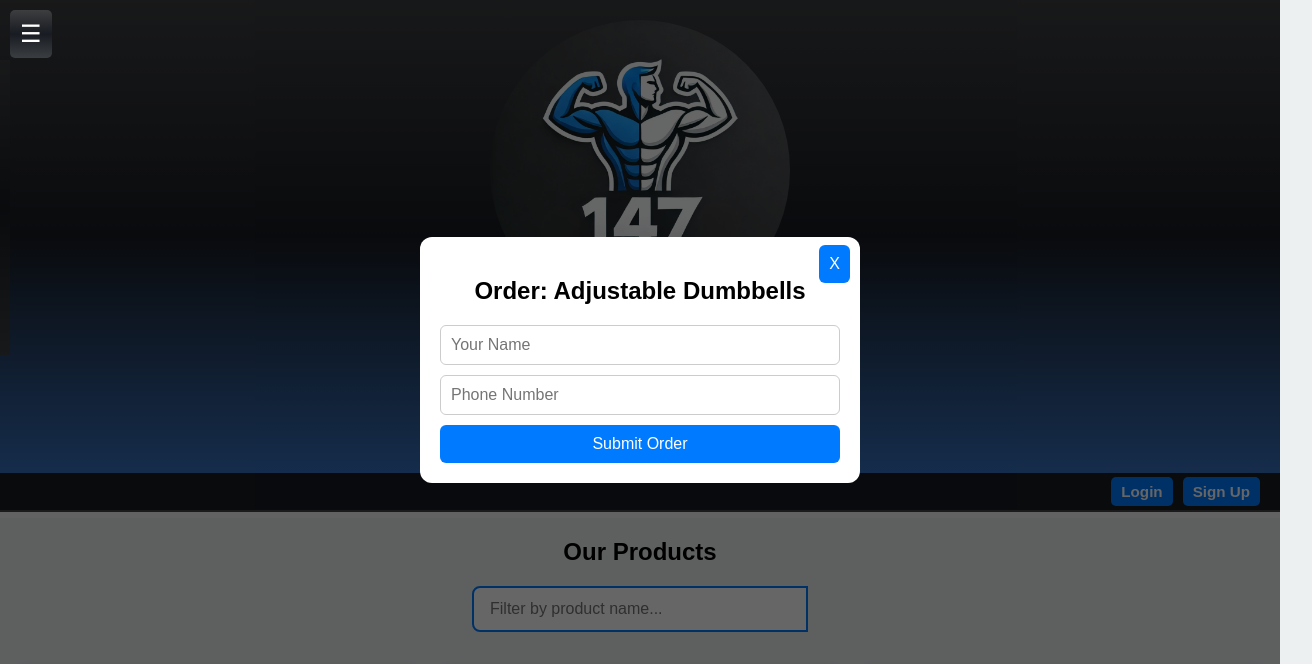
Repository: Amirtx7x/NodeJSproject
Page: /products (app in client/), after clicking the first element matching `button`
The author's editor kept a copy of each file at every save. The page is drawn from the files as they stood at one save, then again after the next save.
The browser window is 1280 px wide. The page is 1312 px wide, so the pictures cover 1312 px, including what lies to the right of the window. The pictures show the part of the page from y = 0 to 664 px (the page is 2599 px tall).
Pictures or frames that could not be fetched are drawn as grey boxes. The project was rebuilt for these pictures with package versions that can differ from the ones it lists, and the page was loaded fresh each time. Also part of the build but not shown: client/vite.config.ts, client/src/pages/Home.tsx, client/src/pages/Joinus.tsx, client/src/pages/Login.tsx, client/src/pages/Signup.tsx.

Above is the page before, as saved 2025-06-02 16:23:09.

After the next save:
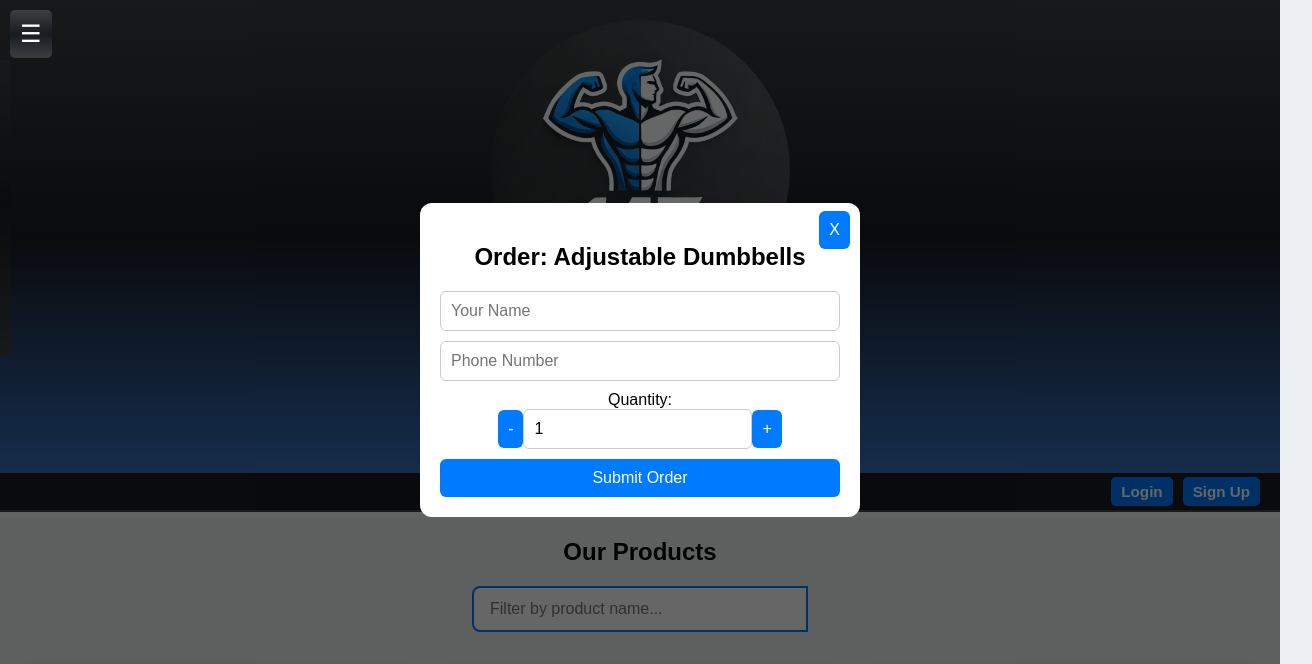
Saved 91 s later.
--- a/client/src/components/OrderModal.tsx
+++ b/client/src/components/OrderModal.tsx
@@ -1,4 +1,5 @@
 import React, { useState } from 'react';
+
 interface Props {
     productName: string;
     onClose: () => void;
@@ -7,10 +8,11 @@
 const OrderModal: React.FC<Props> = ({ productName, onClose }) => {
     const [name, setName] = useState('');
     const [phone, setPhone] = useState('');
+    const [qty, setQty] = useState(1);
 
     const handleSubmit = (e: React.FormEvent) => {
         e.preventDefault();
-        alert(`Order submitted for ${productName}\nName: ${name}\nPhone: ${phone}`);
+        alert(`Order submitted for ${productName}\nName: ${name}\nPhone: ${phone}\nQuantity: ${qty}`);
         onClose();
     };
 
@@ -33,6 +35,35 @@
                         value={phone}
                         onChange={(e) => setPhone(e.target.value)}
                     />
+
+                    {/* Quantity Input */}
+                    <div className="qty-section">
+                        <label>Quantity:</label>
+                        <div className="qty-controls">
+                            <button
+                                type="button"
+                                onClick={() => setQty((prev) => Math.max(1, prev - 1))}
+                            >
+                                -
+                            </button>
+                            <input
+                                type="number"
+                                value={qty}
+                                min={1}
+                                onChange={(e) => {
+                                    const value = parseInt(e.target.value);
+                                    setQty(isNaN(value) ? 1 : Math.max(1, value));
+                                }}
+                            />
+                            <button
+                                type="button"
+                                onClick={() => setQty((prev) => prev + 1)}
+                            >
+                                +
+                            </button>
+                        </div>
+                    </div>
+
                     <button type="submit">Submit Order</button>
                 </form>
                 <button className="close-button" onClick={onClose}>X</button>
